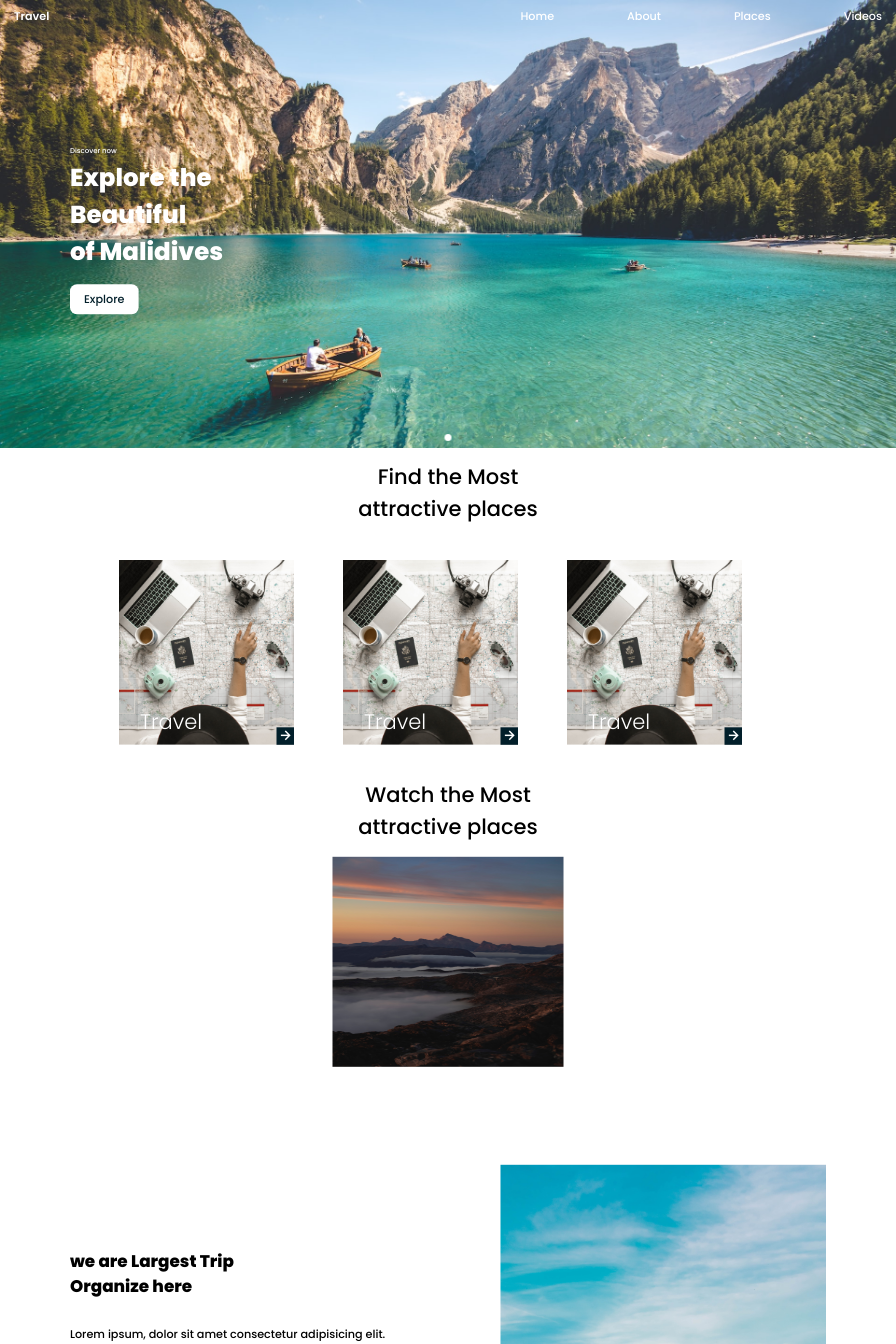
Repository: OmniaRafat232111121/Traveling
Page: index.html
The author's editor kept a copy of each file at every save. The page is drawn from the files as they stood at one save, then again after the next save.
The browser window is 1280 px wide. The pictures show the part of the page from y = 0 to 1920 px (the page is 2833 px tall), at 70% of full size.

Above is the page before, as saved 2022-12-20 13:07:27.

### index.html
<!DOCTYPE html>
<html lang="en">
<head>
    <meta charset="UTF-8">
    <meta http-equiv="X-UA-Compatible" content="IE=edge">
    <meta name="viewport" content="width=device-width, initial-scale=1.0">
    <title>Travel Css</title>
    <link rel="stylesheet" href="css/style.css">
    <!--swiper-->
       <link
  rel="stylesheet"
  href="https://cdn.jsdelivr.net/npm/swiper@8/swiper-bundle.min.css"
/>
<!--Box icon-->
 <link rel="stylesheet"
  href="https://cdn.jsdelivr.net/npm/boxicons@latest/css/boxicons.min.css">
</head>
<body>
    <!--navbar start-->
    <header class="header">
        <div class="logo">
        <a href="index.html" >Travel</a>
        </div>
        <div class="'bx bx-menu" id="menu-icon"></div>
        <nav>
            <ul>
                <li><a href="index.html">Home</a></li>
                <li><a href="#about">About</a></li>
                <li><a href="#places">Places</a></li>
                <li><a href="#viedos">Videos</a></li>
            </ul>
        </nav>

    </header>
   <!--navbar end-->
   <!--home start-->
   <section class="home swiper" id="home">
   <div class="swiper-wrapper">
        <div class="swiper-slide container">
            <img src="./imgs/travel1.jpg" alt="travel"/>
            <div class="home-text">
                <span>Discover now</span>
                <h1>Explore the <br>Beautiful<br> of Malidives</h1>
                <a href="#" class="btn"> Explore</a>
            </div>
        </div>

        <div class="swiper-slide container">
            <img src="./imgs/dessert.jpg" alt="travel"/>\
            <div class="home-text">
                <span>Discover now</span>
                <h1>Explore the <br>Beautiful<br> of Malidives</h1>
                <a href="#" class="btn"> Explore</a>
            </div>
        </div>
        <div class="swiper-slide container">
            <img src="./imgs/travel3.jpg" alt="travel"/>
            <div class="home-text">
                <span>Discover now</span>
                <h1>Explore the <br>Beautiful<br> of Malidives</h1>
                <a href="#" class="btn"> Explore</a>
            </div>
        </div>

      </div>
    <div class="swiper-pagination"></div>
   </section>
   <!--home end-->

   <!--places start-->
   <section class="places" id="places">
    <div class="heading">
        <h1>Find the Most <br>attractive places</h1>
        <div class="places-container">
            <div class="box">
                <div class="place-image">
                   <img  src="./imgs/p1.jpg" alt="image" />
                </div>
                <div class="place-heading">
                    <h2>Travel</h2>
                </div>
                <i class='bx bx-right-arrow-alt place-icon'></i>

            </div>
            <div class="box">
                <div class="place-image">
                   <img  src="./imgs/p1.jpg" alt="image" />
                </div>
                <div class="place-heading">
                    <h2>Travel</h2>
                </div>
                <i class='bx bx-right-arrow-alt place-icon'></i>

            </div>
            <div class="box">
                <div class="place-image">
                   <img  src="./imgs/p1.jpg" alt="image" />
                </div>
                <div class="place-heading">
                    <h2>Travel</h2>
                </div>
                <i class='bx bx-right-arrow-alt place-icon'></i>

            </div>

        </div>

    </div>

   </section>

   <!--places ends-->

   <section class="Videos" id="Videos">
    <div class="heading">
        <h1>Watch the Most <br>attractive places</h1>
        </div>
     <div class="image-container">
            <img src="./imgs/rose.jpg" at="image"/>
</div>
    </div>

   </section>
   <section class="about">
     <div class=" about-heading">
        <h2>we are Largest Trip <br>Organize here</h2>
        <p>Lorem ipsum, dolor sit amet consectetur adipisicing elit. Molestias, eos sequi numquam quo corporis, id eius accusamus cupiditate quia expedita nemo qui non, voluptate
            </p>
   <a href="index.html" class="btnn">Explore Now</a>
            </div>
   <div class="about-image">
    <img src="./imgs/p2.jpg" alt="image2"/>

   </div>

   </section>


   <section class="footer">
    <div class="footer-box">
        <h3>Travel</h3>
        <p>Lorem ipsum dolor sit amet, consectetur adipisicing elit. Molestiae eius maiores officia sed aliquid dicta dolore inventore numquam? Suscipit, quod!</p>
    <div class="social-icons">
        <a href="#"><i class='bx bxl-twitter'></i></a>
       <a href="#"><i class='bx bxl-facebook'></i></a>
       <a href="#"><i class='bx bxl-instagram'></i></a>
       <a href="#"><i class='bx bxl-linkedin-square' ></i></a>
    </div>
    </div>
     <div class="footer-box">
        <h3>Services</h3>
        <li><a href="#">Product</a></li>
         <li><a href="#">Help&support</a></li>
         <li><a href="#">Pricing</a></li>
         <li><a href="#">FAQ</a></li>

     </div>
     <div class="footer-box">
        <h3>Offices</h3>
        <li><a href="#">Pakistan</a></li>
         <li><a href="#">Japan</a></li>
        <li><a href="#">Italy</a></li>
         <li><a href="#">United States</a></li>

     </div>
      <div class="footer-box">
        <h3>Contact Us</h3>
        <li><a href="#">About Us</a></li>
         <li><a href="#">Our Team</a></li>
        <li><a href="#">Our blog</a></li>
         <li><a href="#">Customers</a></li>

     </div>
   </section>
<!--swiper-->
<script src="https://cdn.jsdelivr.net/npm/swiper@8/swiper-bundle.min.js"></script>
<!--custom js-->
<script src="main.js"></script>
</body>
</html>

### css/style.css
@import url('https://fonts.googleapis.com/css2?family=Be+Vietnam+Pro:wght@100&family=Inter:wght@100;300;400;500;600&family=Montserrat:wght@400;700&family=Nunito:ital,wght@0,200;0,300;1,200&family=Open+Sans:ital,wght@0,300;0,600;0,700;1,300&family=Poppins:ital,wght@0,200;0,300;0,500;0,600;0,800;0,900;1,100;1,200;1,300;1,500&family=Work+Sans:ital,wght@0,100;0,200;0,400;0,500;1,200;1,300&display=swap');
*{
    padding:0;
    margin:0;
    box-sizing: border-box;
    font-family: Poppins,'sans-serif';
    scroll-behavior: smooth;
}
:root{
    --text-color:#021f2a;
    --bf-color:#fff;
}
li{
    list-style: none;
}
a{
    text-decoration: none;
}
header{
    position:fixed;
    width:100%;
    top:0;
    left:0;
    right:0;
    display:flex;
    align-items: center;
    justify-content: space-between;
    padding:10px 20px;
     transition: 0.3s;
     z-index:20000;
      color:#021f2a;
}
header.shadow{
    background: var(--bf-color);
    color:#021f2a;
    z-index:30000;
}
nav ul li{
    display:inline-block;
    margin-left: 100px;

}
nav ul li a{
    color:#fff;
}
.logo a{
    font-size: 1rem;
    font-weight: 600;
    color:var(--bf-color)
}
nav ul li {
    position: relative;
}
nav ul li a::after{
    content:" ";
    width:0%;
    height:2px;
    background-color:#fff;
    position: absolute;
    bottom: -3px;
    left:0;
    transition: 0.3s;

}
nav ul li a:hover::after{
 width:50px;
}
#menu-icon{
    display:none;
    cursor: pointer;
    z-index:10001;

}
.container{
    position:relative;
    width:100%;
    min-height:640px ;
    display: flex;
    align-items: center;
}
.container img{
    position: absolute;
    width:100%;
    height:100%;
    object-fit: cover;
}
.swiper-pagination-bullet{
padding:5px;
 background:var(--bf-color);
}
/* .swiper-pagination-bullet-active{
    background:var(--bf-color);
} */
span.swiper-pagination-bullet.swiper-pagination-bullet-active.swiper-pagination-bullet-active-main {
    background: #fff;
}
.home-text{
    z-index:20001;
    padding:0px 100px;
}
.home-text span{
    color:#fff;
    font-size: 10px;
}
.home-text h1{
    font-weight: 700;
    font-size: 35px;
    color:#fff;
     margin-bottom: 30px;
}
.home-text h1:hover{
    color:var(--text-color);
    transition: 0.3s linear;
}
.btn{
    background-color: var(--bf-color);
    color:var(--text-color);
    padding:10px 20px;
    border-radius: 10px;
    margin-top: 70px;
    font-weight: 500;
}
.btn:hover{
    color: var(--bf-color);
    background-color:var(--text-color);
}

.heading{
    text-align: center;
}
.heading h1{
    font-weight: 500;
    padding:20px;
    font-size: 30px;
}
.places-container{
    display:grid;
    grid-template-columns: repeat(auto-fill,minmax(300px,auto));
    gap:20px;
    padding:30px;
    justify-content: center;
}
.places-container .box{
    position:relative;
}
.box .place-image{
    width:250px;
    height:100%;
    overflow: hidden;
}
.places-container .box .place-image img{
    width:100%;
    height:100%;
}
 .box .place-image img:hover{
    transform: scale(1.1);
    transition: 0.3s;
}
.place-heading {
position:absolute;
bottom:10px;
}
.place-heading h2{
    font-weight: 300;
    font-size: 30px;
    color:var(--bf-color);
    margin-left:30px;

}
.place-icon{
    position:absolute;
    bottom:0px;
    right:50px;
    color:var(--bf-color);
    background-color: var(--text-color);
    font-size: 25px;
    cursor: pointer;
}
.place-icon:hover{
    background-color:var(--bf-color);
    color: var(--text-color);
}
/*viedos*/
.image-container{
    display:flex;
    align-items: center;
    justify-content: center;
}
.image-container img{
    width:330px;
    height:300px;
}
/*about*/
.about{
    display:grid;
    grid-template-columns: repeat(auto-fill,minmax(300px,auto));
    gap:150px;
    padding:100px;
    justify-content: center;
    margin-top: 40px;
}
.about-image img{
    max-width:100%;
    width:100%;
    overflow: hidden;
}
.about-heading h2{
margin-top:120px;
}
.about-heading p{
    margin-top:40px;
    font-size: 16px;
     margin-bottom: 50px;
}
.btnn{
   background-color:var(--text-color);
    color: var(--bf-color);
    padding:10px 30px;
    font-weight: 500;
    margin-top: 50px;
}
.btnn:hover{
background-color: var(--bf-color);
color:var(--text-color);
}
.footer{
      display:grid;
    grid-template-columns: repeat(auto-fill,minmax(200px,auto));
    gap:60px;
    padding:100px;
    justify-content: center;
    background-color: #021f2a;

}
.footer-box h3{
   color: #3d7c94;
    margin-bottom: 10px;

}
.footer .footer-box li a{
    color:#fff;

}
.footer .footer-box li a:hover{
    padding-left:10px;
}
.footer-box p{
    color:#fff;
    font-size: 12px;
    margin-top: 10px;
}
.social-icons i{
    color:#021f2a;
    background-color: #fff;
    padding:10px;
    border-radius: 10px;
    margin-top: 10px;

}
.social-icons i:hover{
    background-color:#021f2a;
   color: #fff;
}

### main.js
//header scroll
let header = document.querySelector('header');
window.addEventListener('scroll', () => {
    header.classList.toggle('shadow',window.scrollY > 0)
})


//swiper
var swiper = new Swiper(".home", {
       loop: true,
       grabCursor:true,
       pagination: {
          el: ".swiper-pagination",
          dynamicBullets: true,
        },
});

After the next save:
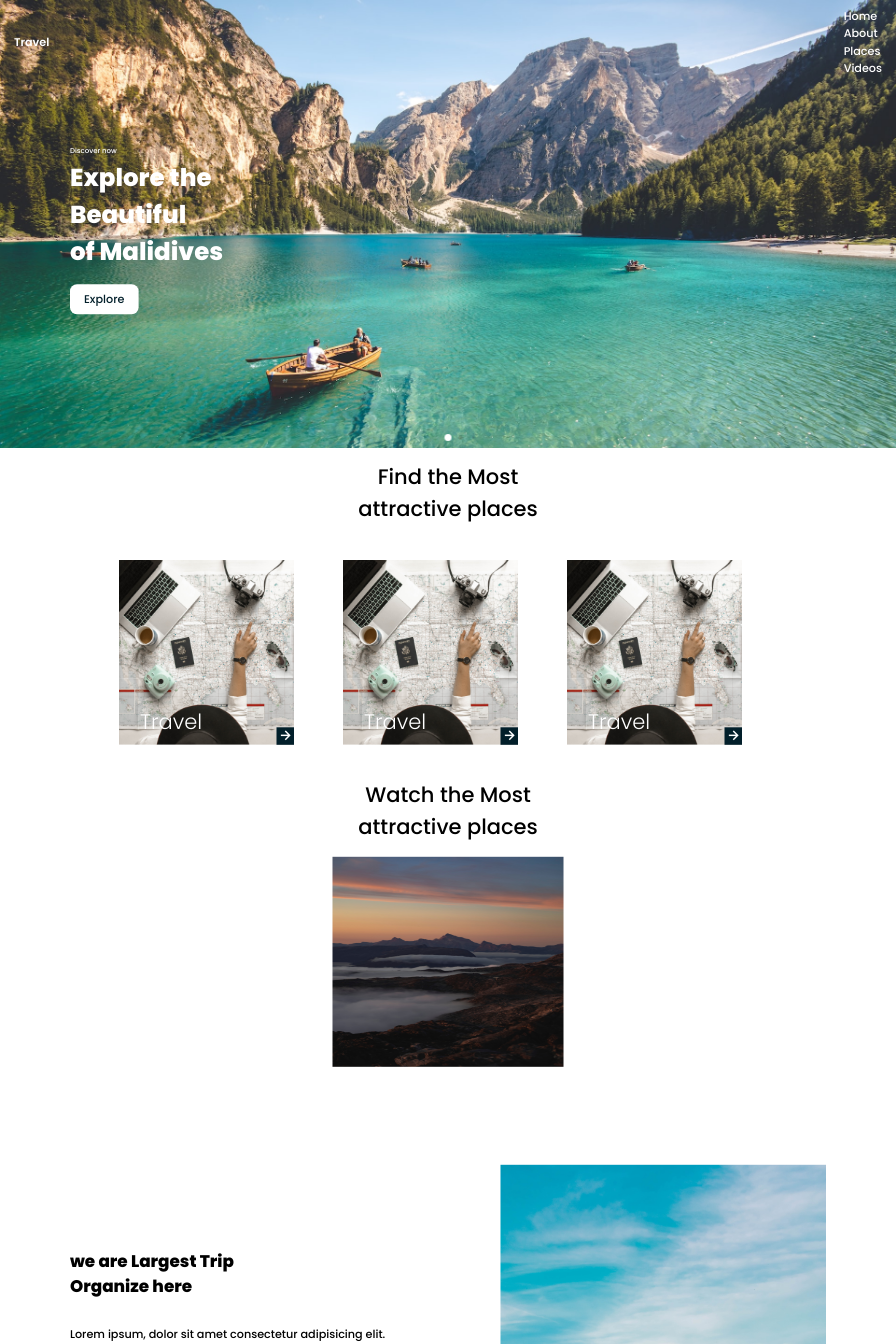
Saved 44 s later.
--- a/css/style.css
+++ b/css/style.css
@@ -35,6 +35,7 @@
     color:#021f2a;
     z-index:30000;
 }
+header .sha
 nav ul li{
     display:inline-block;
     margin-left: 100px;

After the 3 saves that followed:
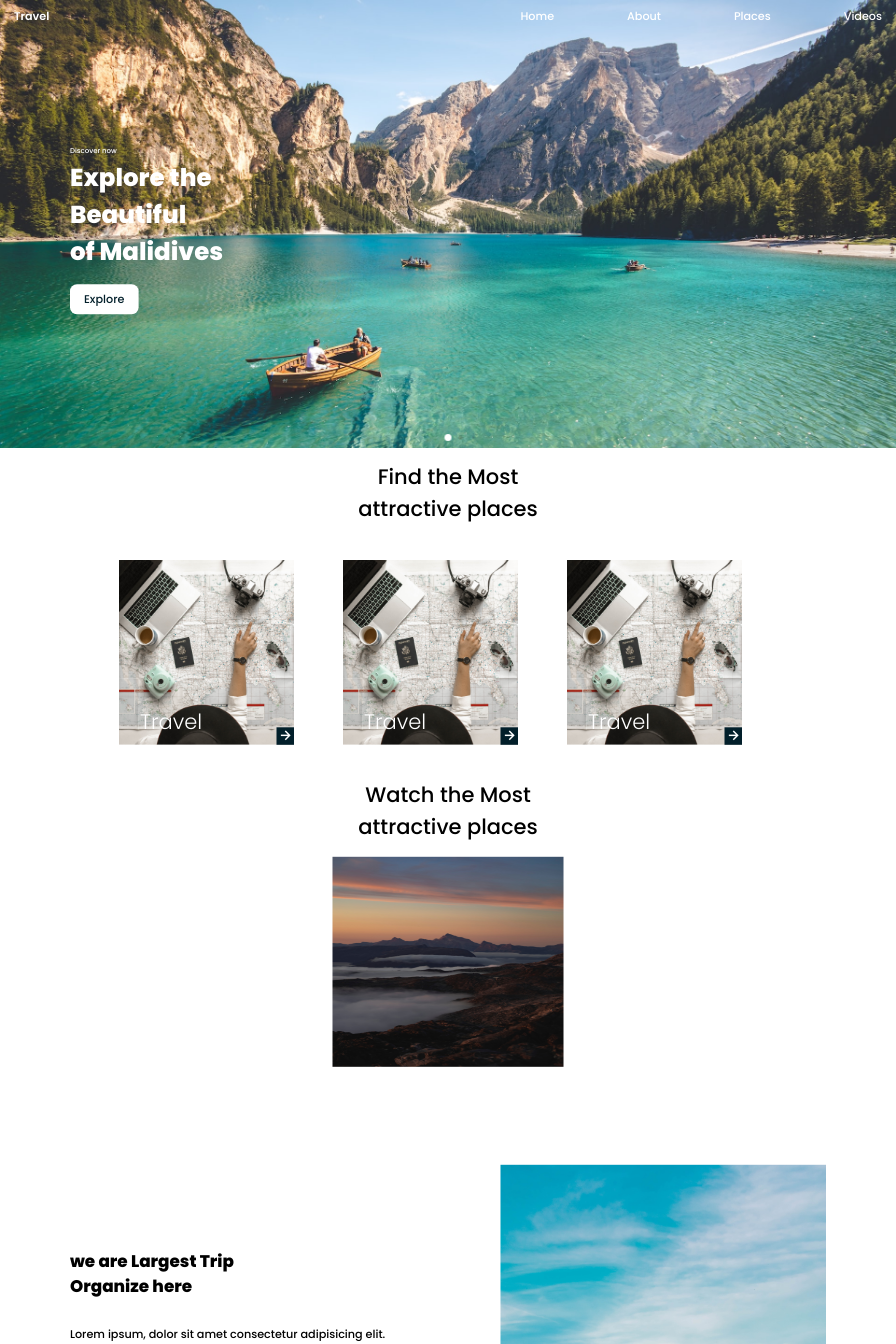
The 3 saves are shown as one change because 1 left the picture as it was and some came seconds apart.
The last was saved 19 s later.
--- a/css/style.css
+++ b/css/style.css
@@ -35,7 +35,9 @@
     color:#021f2a;
     z-index:30000;
 }
-header .sha
+header .shadow .logo{
+
+}
 nav ul li{
     display:inline-block;
     margin-left: 100px;
